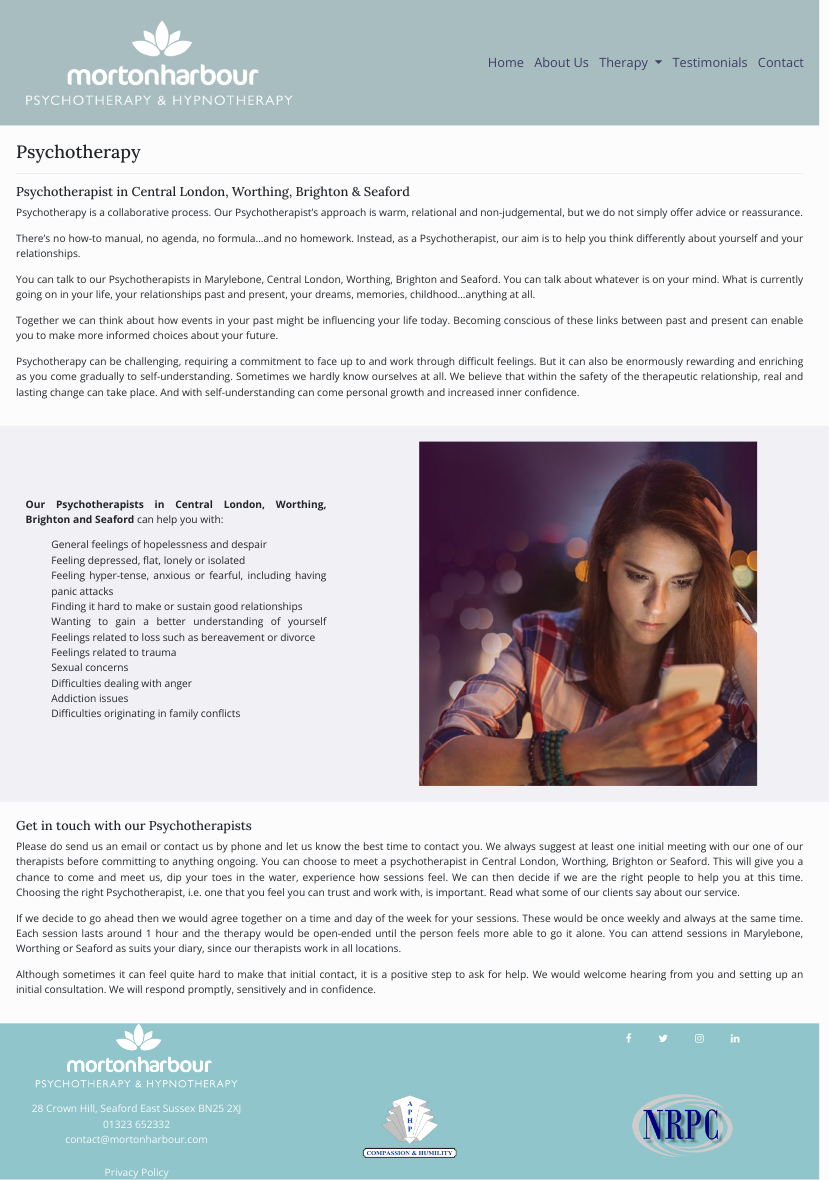
Repository: Code-Institute-Submissions/mortonharbour
Page: psychotherapy.html
The author's editor kept a record of every edit. The page is drawn from the files as they stood at one moment, then again after the next edit.
The browser window is 1280 px wide. The page is 1295 px wide, so the pictures cover 1295 px, including what lies to the right of the window. The pictures show the whole page, at 64% of full size.
Some web libraries are served in a nearby version.

Above is the page before.

After the next edit:
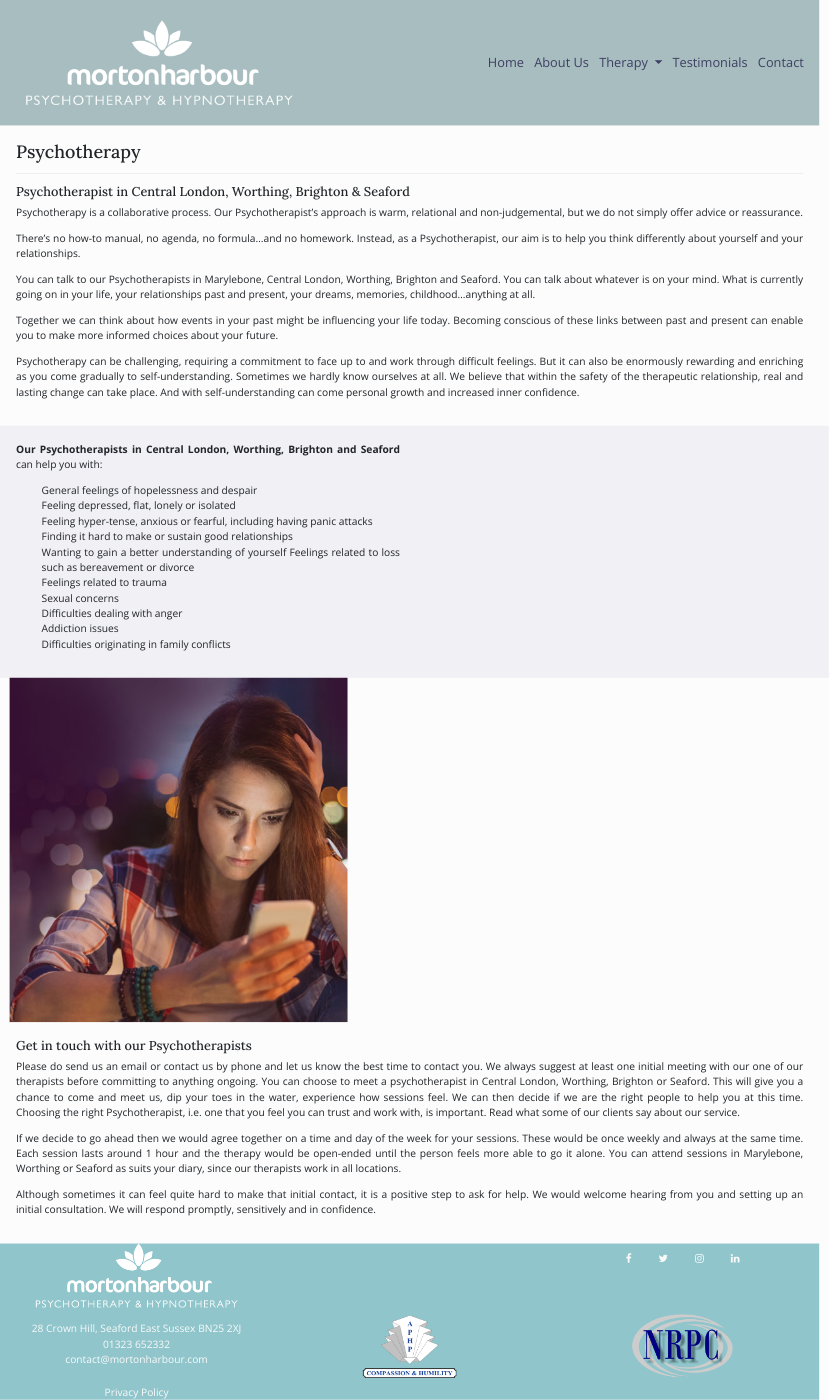
The edit:
--- a/psychotherapy.html
+++ b/psychotherapy.html
@@ -71,7 +71,7 @@
     <section>
         <div class="row psychotherapy-call-out-section">
             <div class="col-sm-6 my-auto">
-                <div class="col-sm-10">
+
                     <p><strong>Our Psychotherapists in Central London, Worthing, Brighton and Seaford</strong> can help you with:
                         <ul>
                             <li>

After the edit that followed:
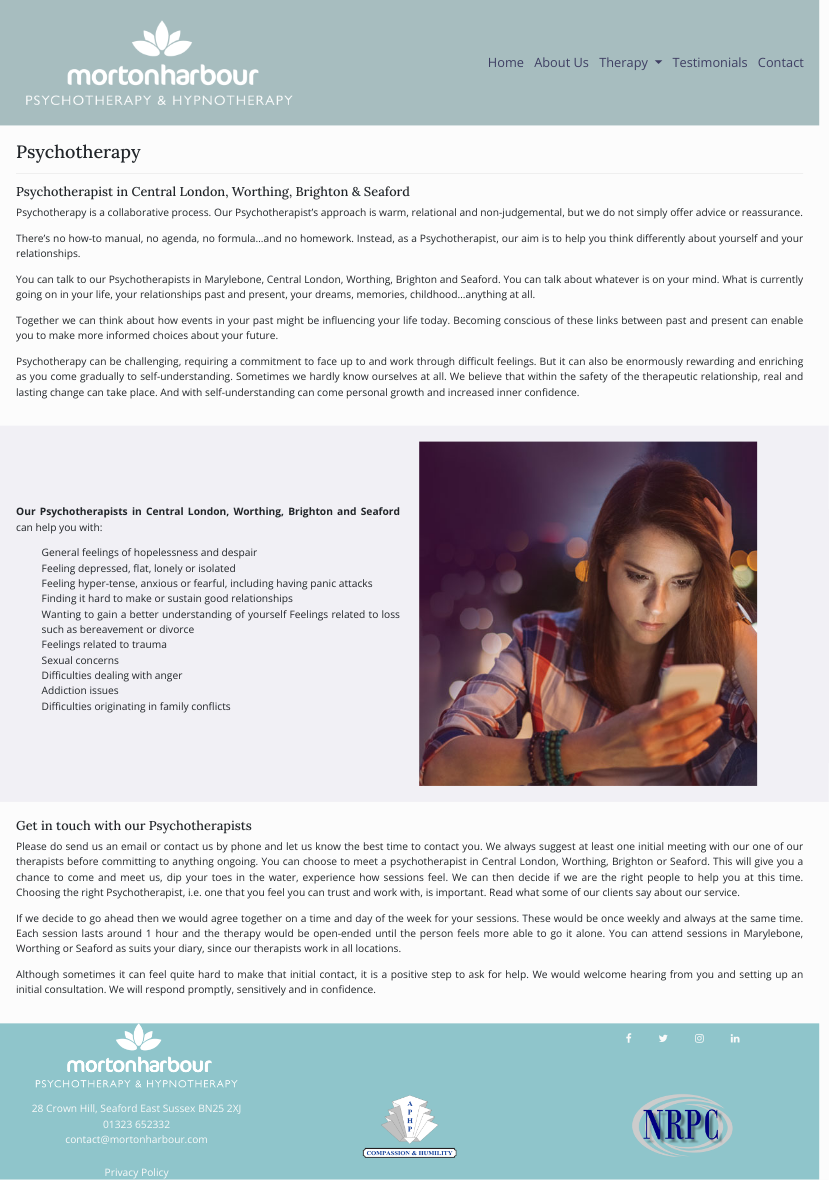
The edit:
--- a/psychotherapy.html
+++ b/psychotherapy.html
@@ -105,7 +105,6 @@
                                 Difficulties originating in family conflicts
                             </li>
                         </ul>
-                </div>
             </div>
 
             <div class="col-sm-6">
